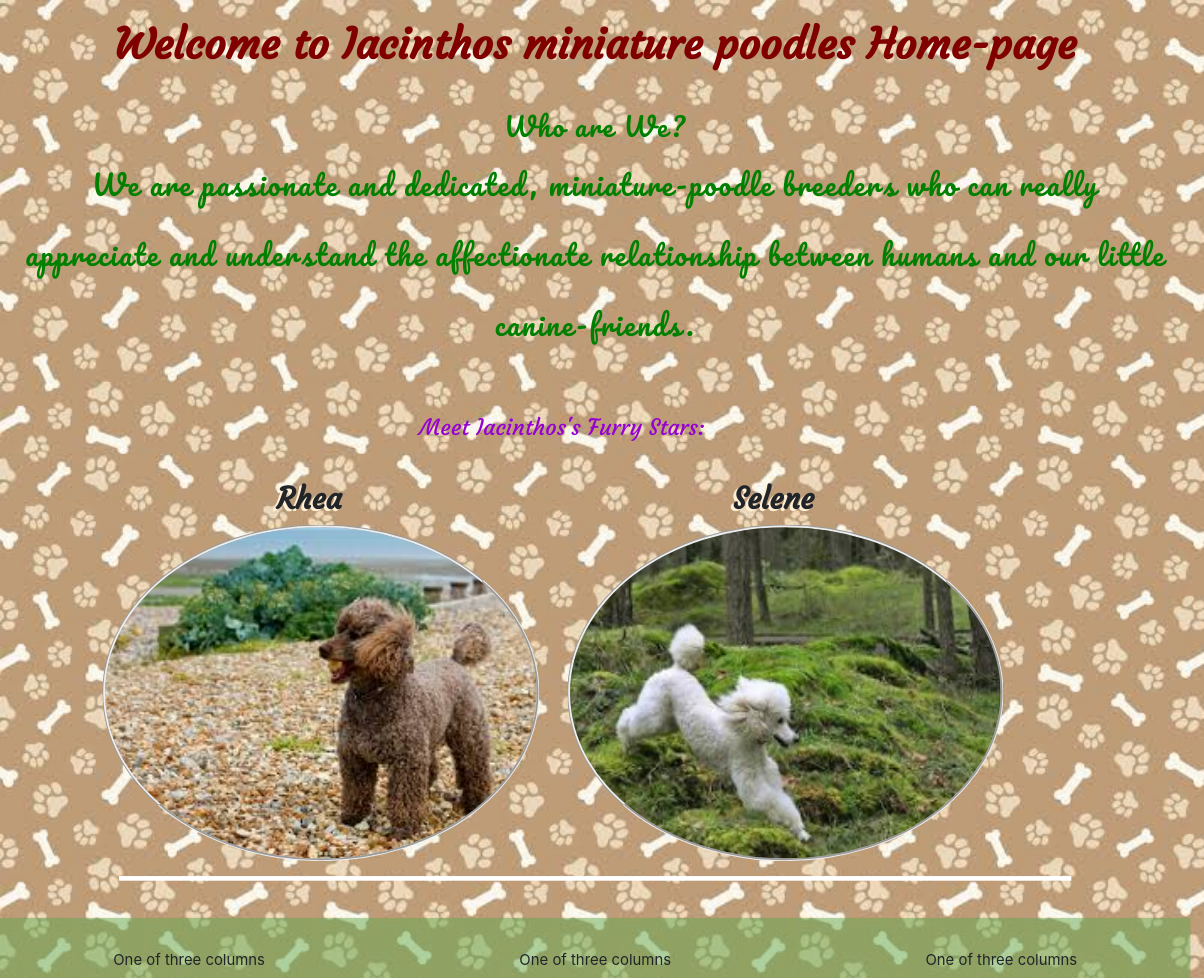
Repository: Code-Institute-Submissions/GeorgiosSklav-Iacinthos-blog
Page: index.html
The author's editor kept a record of every edit. The page is drawn from the files as they stood at one moment, then again after the next edit.
The browser window is 1280 px wide. The page is 1295 px wide, then 1290 px, so the pictures cover 1295 px, including what lies to the right of the window. The pictures show the whole page, at 93% of full size.

Above is the page before.
Console error: TypeError: Cannot read properties of undefined (reading 'fn')

### index.html
<!DOCTYPE html>
<html lang="en">

<head>
    <meta charset="UTF-8">
    <meta name="viewport" content="width=device-width, initial-scale=1.0">
    <meta http-equiv="X-UA-Compatible" content="ie=edge">
    <link rel="stylesheet" href=" https://stackpath.bootstrapcdn.com/bootstrap/4.3.1/css/bootstrap.min.css " integrity="sha384-ggOyR0iXCbMQv3Xipma34MD+dH/1fQ784/j6cY/iJTQUOhcWr7x9JvoRxT2MZw1T " crossorigin="anonymous ">
    <title>Iacinthos mini Poodles</title>
    <link href="https://stackpath.bootstrapcdn.com/font-awesome/4.7.0/css/font-awesome.min.css" rel="stylesheet" integrity="sha384-wvfXpqpZZVQGK6TAh5PVlGOfQNHSoD2xbE+QkPxCAFlNEevoEH3Sl0sibVcOQVnN" crossorigin="anonymous">
    <link rel="stylesheet" href="style.css" type="text/css" />
</head>

<body>

    <div class="container">
        <div class="row align-items-start homepage">

            <a href="index.html" class="col-12 logo">

                <h1><i class="fa fa-dog" aria-hidden="true"></i>Welcome to Iacinthos miniature poodles Home-page</h1>
            </a>
        </div>
    </div>

    <div class="about">
        <h3>Who are We?</h3>
        <p>We are passionate and dedicated, miniature-poodle breeders who can really appreciate and understand the affectionate relationship between humans and our little canine-friends.</p>
    </div>

    <div class="container">
        <div class="row introduction">
            <div class="col-12 container-title capitalise">
                <h4>Meet Iacinthos's furry stars:</h4>
            </div>
            <div class="col-10 offset-1 offset-sm-0 col-sm-6 offset-md-0 col-md-6">
                <h5 class="dog-name">Rhea</h5>
                <img src="./Media/selene.jpg" class="img-50">
            </div>
            <div class="col-10 offset-1 offset-sm-0 col-sm-6 offset-md-0 col-md-6">
                <h5 class="dog-name">Selene</h5>
                <img src="./Media/forest.jpg" class="img-50">
            </div>
        </div>
    </div>

    <hr class="end"> <footer class="footer">
    <div class="row align-items-end">
        <div class="col">
            One of three columns
        </div>
        <div class="col">
            One of three columns
        </div>
        <div class="col">
            One of three columns
        </div>
    </div>
    </footer>


    <script src="https://stackpath.bootstrapcdn.com/bootstrap/4.3.1/js/bootstrap.min.js" integrity="sha384-JjSmVgyd0p3pXB1rRibZUAYoIIy6OrQ6VrjIEaFf/nJGzIxFDsf4x0xIM+B07jRM" crossorigin="anonymous"></script>
</body>

</html>

### style.css
@import url('https://fonts.googleapis.com/css?family=Courgette:100,200,300,400,500,600,700|Pacifico:100,200,300,400,500,600,700');

/*------------------------------------------------body background*/

body {
    background-image: url("./Media/paws.jpg");
    background-size: 40%;
    line-height: 2.5;
    text-align: center;
}

h1 {
    font-family: "Courgette", sans-serif;
    font-weight: 700;
    font-size: 45px;
    color: #800000;
    margin: 20px;
}

.capitalise {
    text-transform: capitalize;
}

/*------------------------------------------------Navbar*/

.navbar-light {
    font-family: 'Courgette', sans-serif;
    font-weight: 600;
    font-size: 25px;
}
.nav-link{
    margin-right: 25px;
    margin-left: 25px;
}
.nav-link:hover {
    background-color: #90ee90;
    border-radius: 30%;
}

.dropdown-menu {
    background-color: #90ee90;
    font-weight: 600;
    font-size: 20px;
    border-radius: 10%;
}

.dropdown-menu ul li:hover {
    background-color: #777;
}

.ml-auto {
    background-color: #90ee90;
}

.navbar i {
    font-size: 35px;
    padding-top: 0;
    padding-bottom: 5px;
    padding-right: 2px;
    margin: 5px;
    color: #777;
}

.navbar-brand:hover {
    background-color: #90ee90;
    border-radius: 30px;
}


@media (max-width: 300px) {
    .ml-auto:hover {
        background-color: #777;
    }
    .dropdown-item:hover {
        background-color: #777;

    }
    #navbarNavDropdown {
        background-color: #777;
    }

    #navbarNavDropdown ul li:hover {
        background-color: #90ee90;
    }
    .social-links,.social-title {
        font-size: 30px;
    }

}

@media (max-width: 3800px) {
    .dropdown-menu {
        background-color: #90ee90;
        color: #777;
    }
    .dropdown-item:hover {
        background-color: #777;
        color: #90ee90;
    }
    .navbar-expand-sm {
        flex-flow: row wrap;
        justify-content: flex-start;
    }
}


/*------------------------------------------------Homepage*/

.homepage a {
    text-decoration: none;
    height: 100%;
}

.introduction {
    height: 90%;
    width: 90%;
}


.img-50 {
    margin-left: 25px;
    width: 100%;
    float: none;
    border-style: groove;
    border-radius: 50%;
}



/*--------------------------------------------texts,p*/

.container-title {
    text-align: center;
    margin: 35px;
    font-family: "Courgette", sans-serif;
    color: #9400d3;
}

.container-title i {
    font-size: 30px;
    padding: 5px;
    margin: 5px;
}

.dog-name {
    font-family: "Courgette", sans-serif;
    font-weight: 700;
    font-size: 32px;
    margin-left: 25px;
    text-shadow: -3px 2px 0.5px #ffefd5;

}

/*----------------------------------------about us section*/

.about {
    margin: 25px;
    font-family: "Pacifico", sans-serif;
    font-size: 30px;
    font-weight: 500;
    letter-spacing: 2px;
    color: #008000;
}

.about-title {
    text-shadow: -3px 2px 0.5px #ffefd5;
}

/*===============================border-line*/

.end {
    height: 5px;
    width: 80vw;
    border: 0;
    background-color: #fff;
}

/*----------------------------------------newsletter button*/

.btn-color {
    background-color: #90ee90;
    font-family: "Pacifico", sans-serif;
    font-size: 20px;
    letter-spacing: 2px;
    margin: 20px 25px;
    padding-left: 4px;
    border-radius: 50px;
}

.btn-color:hover {
    color: #90ee90;
    background-color: #777;
}

/*----------------------------------------Modal styling*/

.modal-title {
    font-family: "Pacifico", sans-serif;
    font-size: 25px;
    margin: 10px 5px;
}

.modal-content {
    background-color: #90ee90;
    text-shadow: -3px 2px 0.5px #ffefd5;
    color: #777;
}

.modal-footer .btn-danger,
.btn-info {
    margin-right: 20px;
}

.modal-body {
    padding: 0 15px 0 15px;
    top: 5px;
    bottom: 0;
    margin-top: 10px;
}


/*----------------------------------------footer*/

.footer {
    background-color: rgba(100, 170, 80, .5);
    padding-top: 25px;
    margin: 40px 5px 0px 0px;
    width: 100%;
}

.social-links {
    list-style: none;
    padding-right: 25px;
}

.social-links li a {
    text-decoration: none;
    font-family: "Pacifico", sans-serif;
    font-size: 20px;
    font-weight: 400;
    letter-spacing: 2px;
    color: #008000;
}

.social-links li a:hover {
    background-color: #777;
    color: #90ee90;
    border-radius: 30%;
}

.social-links li i{
    font-size: 30px;
    height: 45px;
    width: 45px;
}
.social-title {
    font-size: 30px;
    margin-left: 200px;
    margin-right: 200px;
    font-family: "Courgette", sans-serif;
    color: #9400d3;
    border-radius: 20%;
    background-color: rgba(144, 238, 144, 0.4);
}

After the next edit:
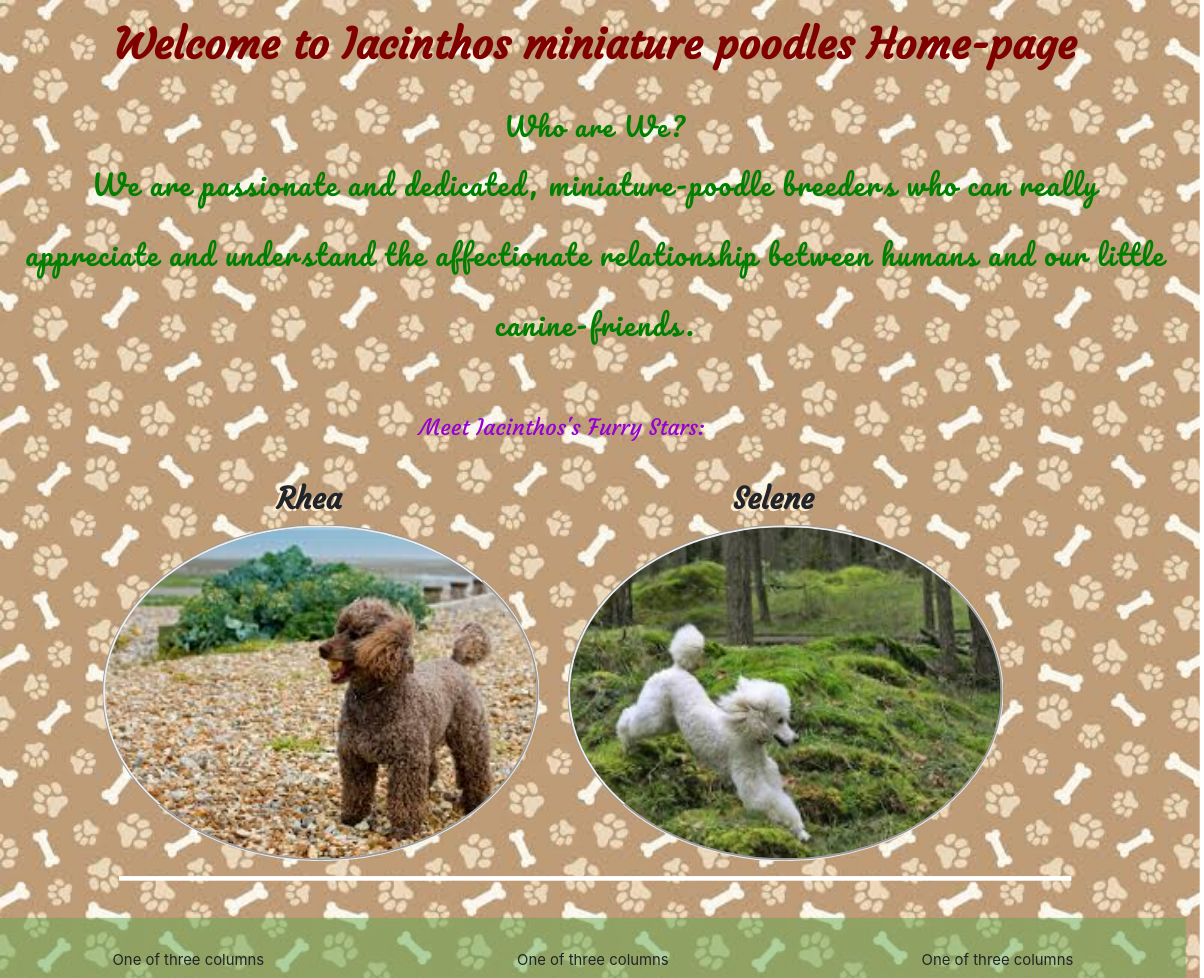
The edit:
--- a/style.css
+++ b/style.css
@@ -225,7 +225,7 @@
     background-color: rgba(100, 170, 80, .5);
     padding-top: 25px;
     margin: 40px 5px 0px 0px;
-    width: 100%;
+    text-align: center;
 }
 
 .social-links {
